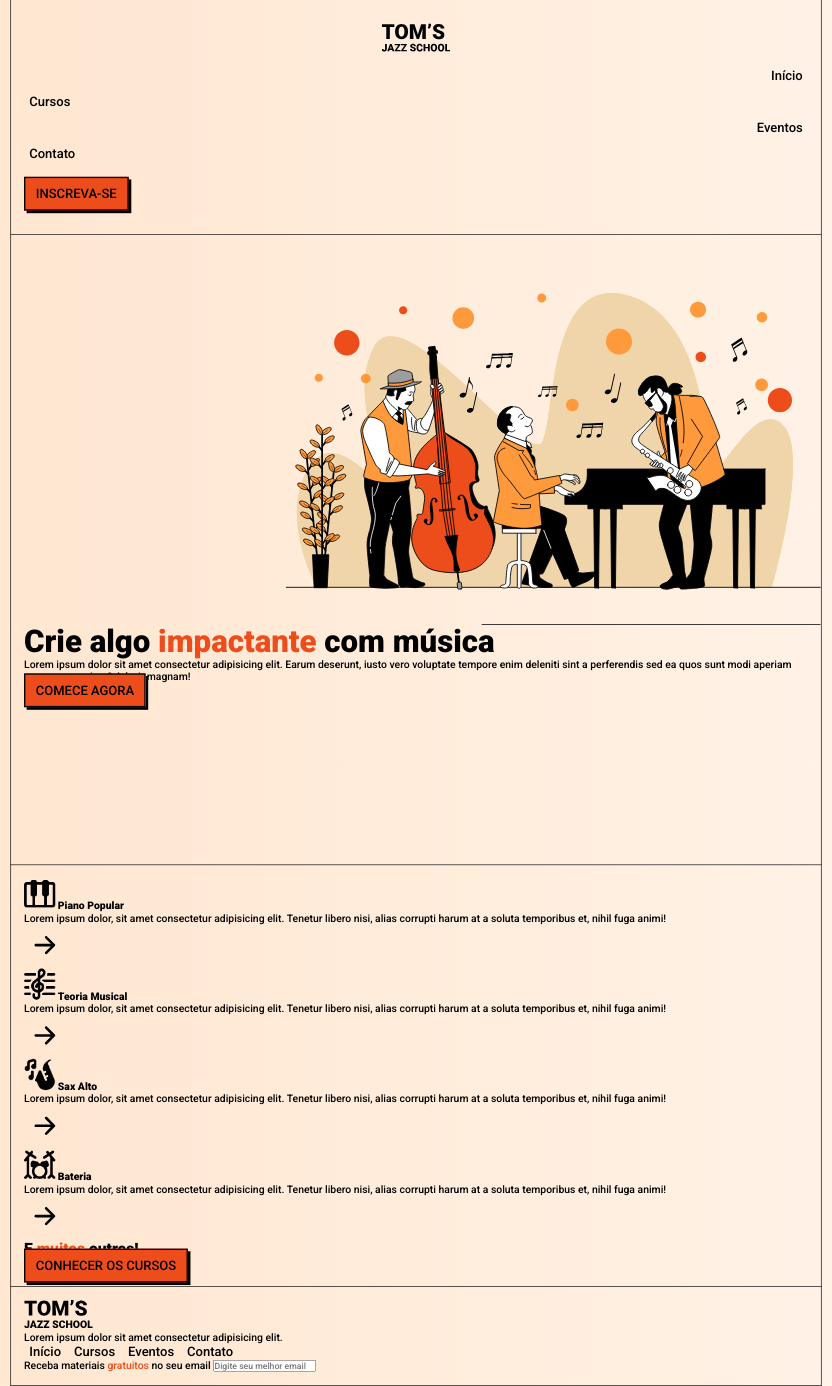
Repository: tenoriodasilva31/OBC-Music-School
Page: index.html
These files come from the project's save history. The page is drawn as it stood at one moment and after the next save; the edit follows.
The browser window is 1280 px wide. The pictures show the whole page, at 65% of full size.

Above is the page before, as saved 2023-07-05 17:26:24.

After the next save:
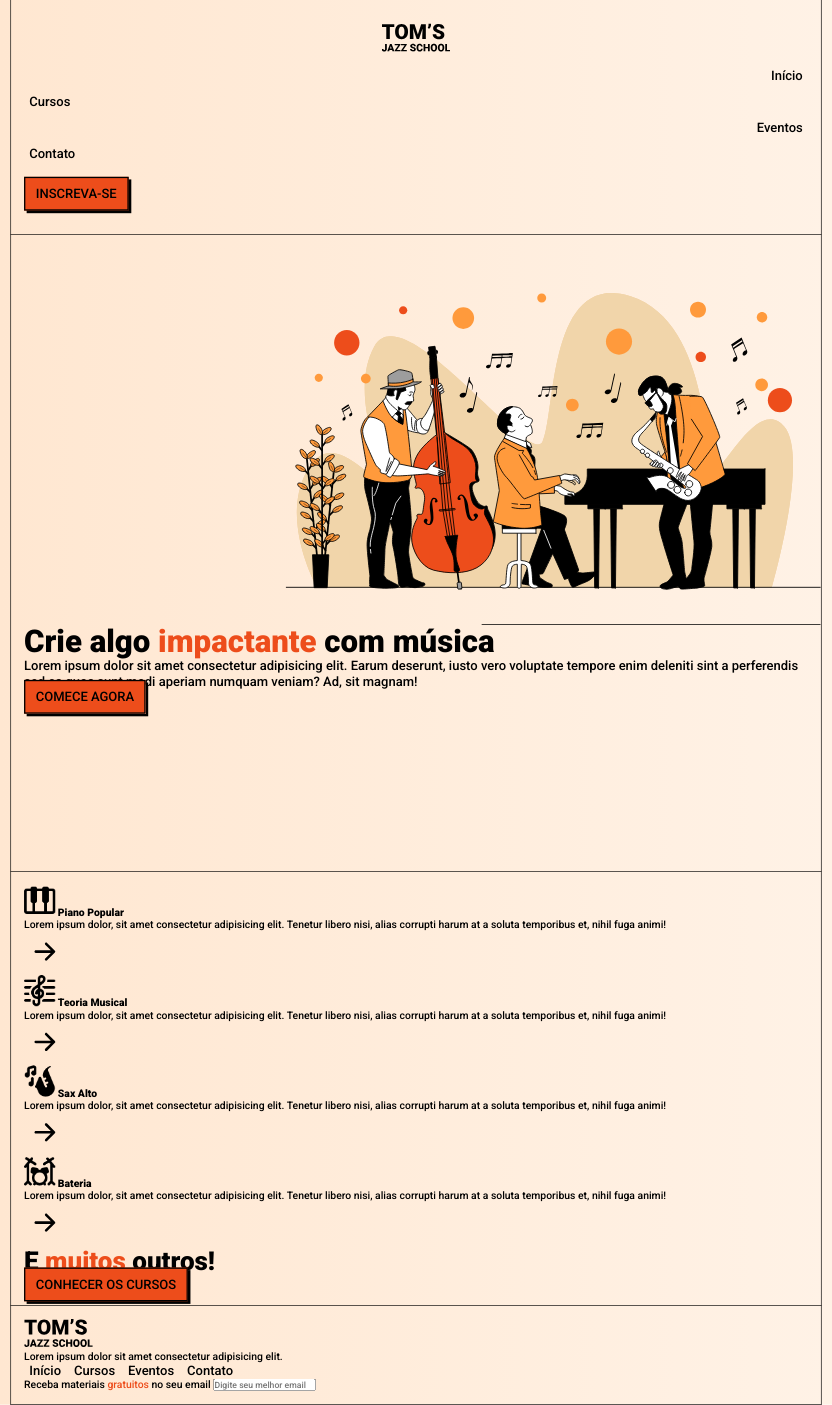
Saved 75 s later.
--- a/index.css
+++ b/index.css
@@ -76,6 +76,15 @@ h1 {
     line-height: 105%;
 }
 
+h2 {
+    font-size: 2.5rem;
+}
+
+.hero-section p {
+    font-size: 1.25rem;
+    padding-right: 1.25rem;
+}
+
 .mt-1 {
     margin-top: 1rem;
 }
